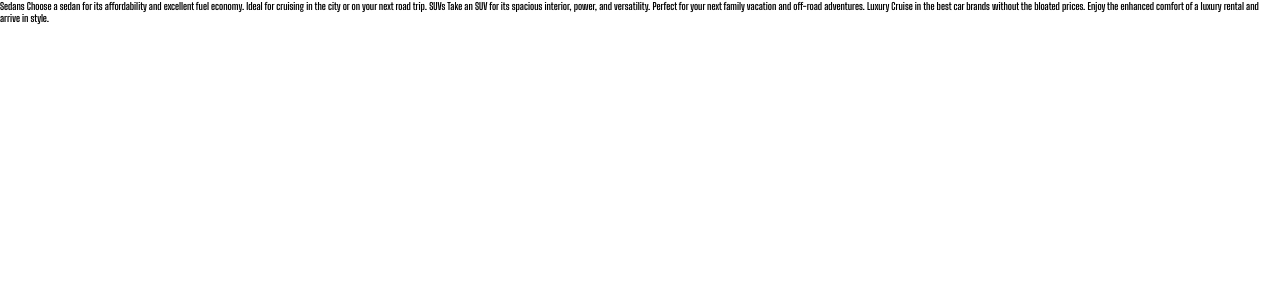
Repository: thaibaocoder1/3-column-card
Page: index.html
The author's editor kept a copy of each file at every save. The page is drawn from the files as they stood at one save, then again after the next save.
The browser window is 1280 px wide. The pictures show the whole page.

Above is the page before, as saved 2023-01-11 20:40:02.

After the next save:
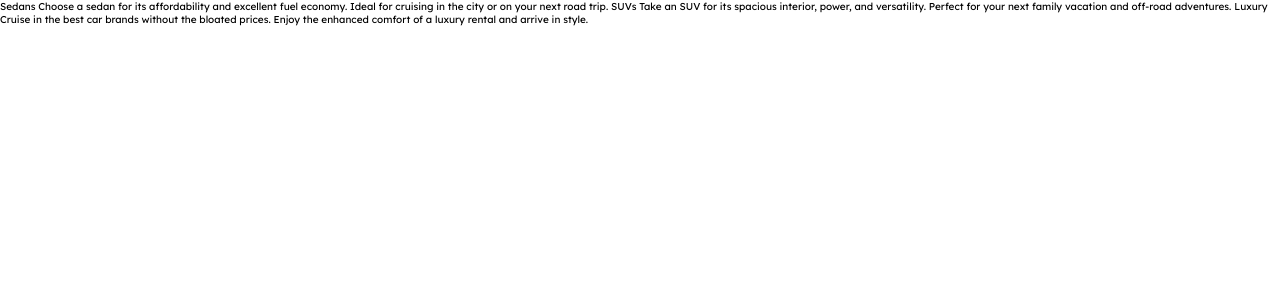
Saved 13 s later.
--- a/styles.css
+++ b/styles.css
@@ -9,7 +9,8 @@ html {
 body {
     text-rendering: optimizeLegibility;
     scroll-behavior: smooth;
-    font-family: "Big Shoulders Display", sans-serif;
+    font-family: 'Big Shoulders Display', cursive;
+    font-family: 'Lexend Deca', sans-serif;
 }
 :root {
     --bright-orange: hsl(31, 77%, 52%);
